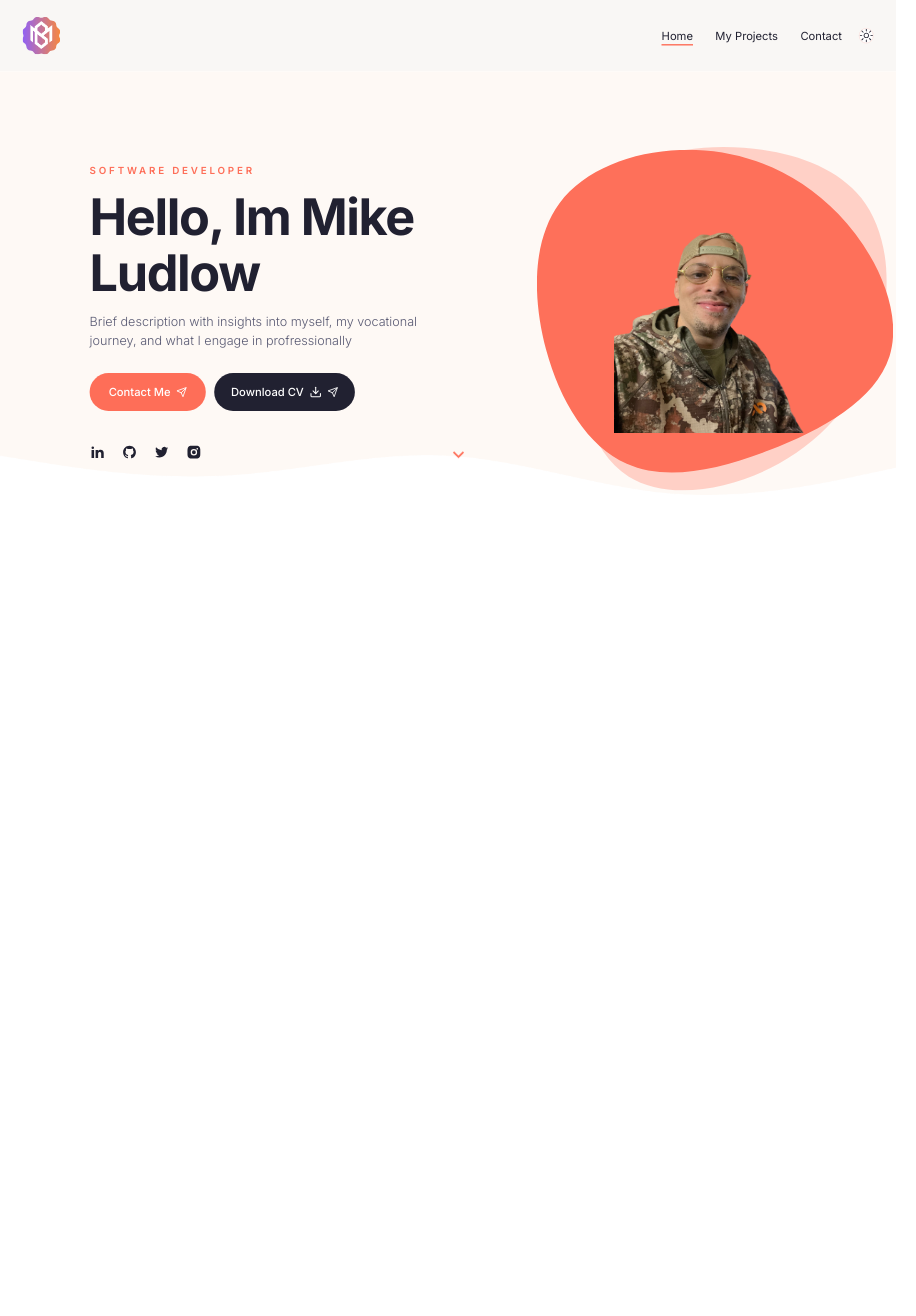
Repository: MikeeBuilds/mike-port
Page: /
An editor plug-in stored every save of this project. The page is shown before and after the next save, followed by the edit.
The browser window is 1280 px wide. The page is 1308 px wide, then 1280 px, so the pictures cover 1308 px, including what lies to the right of the window. The pictures show the part of the page from y = 0 to 1880 px (the page is 4731 px tall), at 70% of full size.
The project was rebuilt for these pictures with package versions that can differ from the ones it lists, and the page was loaded fresh each time. The framework's server and built-in components were replaced by stand-ins that run in the browser. Also part of the build but not shown: next.config.js, components/Badge.jsx.

Above is the page before, as saved 2023-11-30 11:22:57.

After the next save:
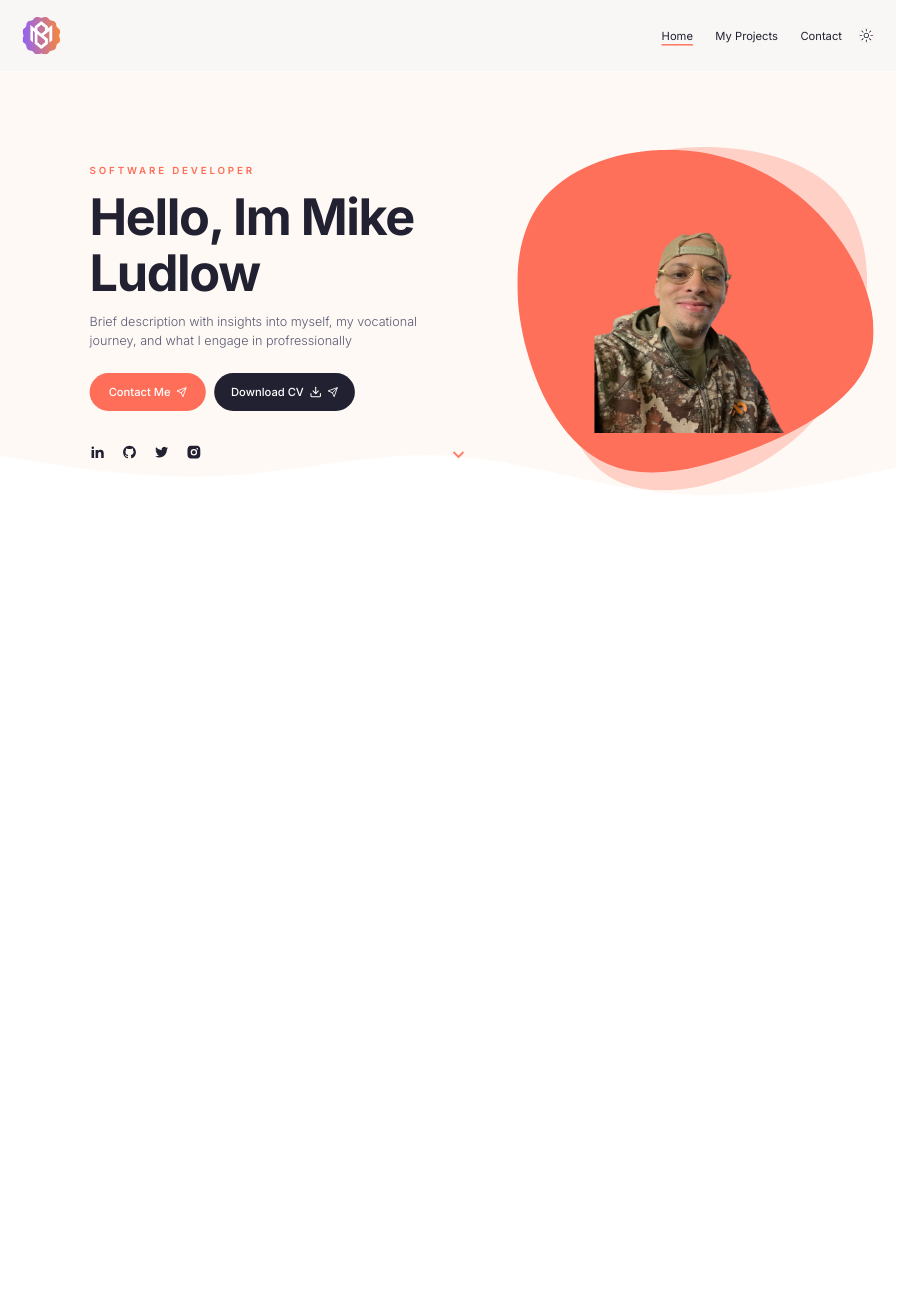
Saved 4 s later.
--- a/components/Hero.jsx
+++ b/components/Hero.jsx
@@ -49,7 +49,7 @@ const Hero = () => {
           />
         </div>
         {/* image */}
-        <div className="hidden xl:flex relative right-1">
+        <div className="hidden xl:flex relative right-8">
           <div className="bg-hero_shape2_light dark:bg-hero_shape2_dark w-[500px] h-[500px] bg-no-repeat absolute -top-1 -right-8"></div>
           <DevImg containerStyles="bg-hero_shape w-[510px] h-[462px] bg-no-repeat relative bg-bottom" imgSrc='/hero/developer.png'/>
         </div>
